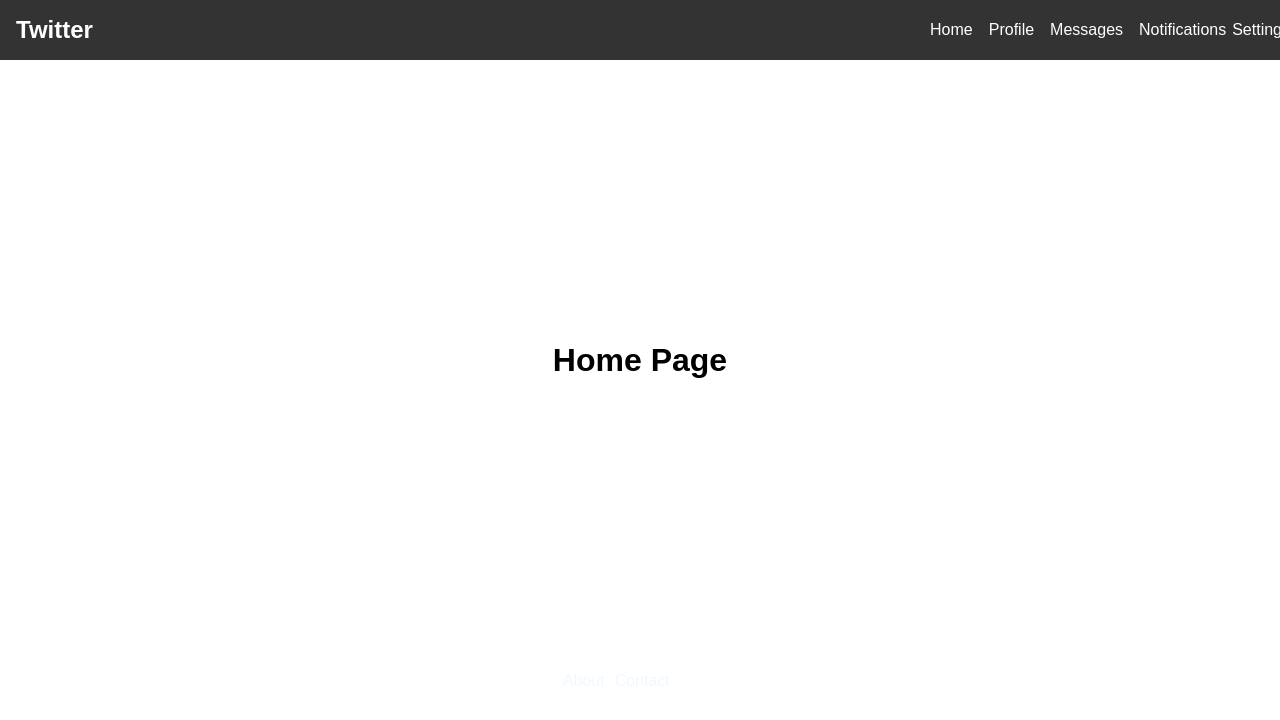
Repository: rakeshpuppala2590/Credit_karma
Page: / (app in client/)
These files come from the project's save history. The page is drawn as it stood at one moment and after the next save; the edit follows.
The browser window is 1280 px wide. The pictures show the whole page.
The project was rebuilt for these pictures with package versions that can differ from the ones it lists, and the page was loaded fresh each time. Also part of the build but not shown: client/src/components/Validations.jsx, client/src/components/Signin.jsx, client/src/NotFound.js.

Above is the page before, as saved 2024-06-18 19:20:39.

### client/src/index.js
import React from 'react';
import { createRoot } from 'react-dom/client';
import './index.css';
import App from './App';
import reportWebVitals from './reportWebVitals';

const root = createRoot(document.getElementById('root'));
root.render(
  <React.StrictMode>
    <App />
  </React.StrictMode>
);

// If you want to start measuring performance in your app, pass a function
// to log results (for example: reportWebVitals(console.log))
// or send to an analytics endpoint. Learn more: https://bit.ly/CRA-vitals
reportWebVitals();

### client/src/index.css
html,
body {
  height: 100%;
}

body {
  display: flex;
  justify-content: center; /* align horizontally to the center */
  align-items: center; /* align vertically to the center */
  margin: 0;
  padding: 0;
  font-family: -apple-system, BlinkMacSystemFont, 'Segoe UI', Roboto, Oxygen,
    Ubuntu, Cantarell, 'Open Sans', 'Helvetica Neue', sans-serif;
  -webkit-font-smoothing: antialiased;
  -moz-osx-font-smoothing: grayscale;
}

.bg-overlay {
  position: fixed;
  top: 0;
  left: 0;
  width: 100%;
  height: 100%;
  background-color: rgba(0, 0, 0, 0.5); /* semi-transparent black background */
  backdrop-filter: blur(5px); /* backdrop filter to create blur effect */
}

code {
  font-family: source-code-pro, Menlo, Monaco, Consolas, 'Courier New',
    monospace;
}

### client/src/App.js
import './App.css';
import Signin from './components/Signin';
import Home from './components/Home';
import { BrowserRouter as Router, Route, Routes } from 'react-router-dom';
import NotFound from './NotFound';


function App() {
  return (
    <Router>
      <div className="App">
        <div className="content">
          <Routes>
            <Route path="/Signin" element={<Signin />} />
            {/* <Route path="*" element={<NotFound />} /> */}
            <Route path="*" element={<Home />} />
          </Routes>
        </div>
      </div>
    </Router>
  );
}

export default App;

### client/src/App.css
/* Styles (login.css) */
.form-container {
  padding: 3rem; /* Increased padding */
  border-radius: 1rem; /* Increased border radius */
  box-shadow: 0 10px 15px -3px rgba(0, 0, 0, 0.1), 0 4px 6px -2px rgba(0, 0, 0, 0.05); /* Tailwind 'shadow-md' */
  max-width: 40rem; /* Increased max width */
  width: 100%;
}



.blur-background {
  filter: blur(5px); /* Blur effect */
  pointer-events: none; /* Disable interactions */
}

.flex-center {
  display: flex;
  justify-content: center;
  align-items: center;
  min-height: 100vh; /* Adjusted to ensure the height of the component is 100% of the viewport height */
}

.w-full {
  width: 100%;
}

.text-center {
  text-align: center;
}

.mb-8 {
  margin-bottom: 2rem;
}

.text-2xl {
  font-size: 2rem; /* Increased font size */
}

.font-semibold {
  font-weight: 600;
}

.bg-gray-100 {
  background-color: #f7fafc;
}

.border {
  border-width: 1px;
  border-color: #e2e8f0;
}

.border-gray-300 {
  border-color: #d1d5db;
}

.rounded-md {
  border-radius: 0.375rem;
}

.p-2 {
  padding: 0.5rem;
}

.focus\:outline-none:focus {
  outline: 2px solid transparent;
  outline-offset: 2px;
  box-shadow: 0 0 0 3px rgba(66, 153, 225, 0.5);
}

.focus\:ring {
  box-shadow: 0 0 #0000;
}

.focus\:ring-blue-400:focus {
  box-shadow: 0 0 0 3px rgba(66, 153, 225, 0.5);
}

.mb-4 {
  margin-bottom: 1rem;
}

.mt-4 {
  margin-top: 1rem;
}

.cursor-pointer {
  cursor: pointer;
}

.text-blue-500 {
  color: #3b82f6;
  font-size: 1.125rem; /* Increased font size */
}

.text-gray-500 {
  color: #718096;
  font-size: 1.125rem; /* Increased font size */
}

.w-1\/2 {
  width: 48%; /* Adjusted width to fit side by side with margin */
  padding: 1rem 1.5rem; /* Increased padding */
  font-size: 1.125rem; /* Increased font size */
}

.mr-2 {
  margin-right: 0.5rem;
}

.ml-2 {
  margin-left: 0.5rem;
}

.absolute {
  position: absolute;
}

.inset-y-0 {
  top: 0;
  bottom: 0;
}

.right-0 {
  right: 0;
}

.px-3 {
  padding-left: 0.75rem;
  padding-right: 0.75rem;
}

.py-1 {
  padding-top: 0.25rem;
  padding-bottom: 0.25rem;
}

.bg-blue-500 {
  background-color: #3b82f6;
}

.text-white {
  color: #fff;
}

.justify-between {
  justify-content: space-between;
}

.floating-label {
  position: relative;
  margin-top: 1rem;
  margin-bottom: 1rem;
}

.floating-input {
  border: 1px solid #d1d5db; /* Tailwind 'border-gray-300' */
  border-radius: 0.375rem; /* Tailwind 'rounded-md' */
  padding: 1.5rem 1rem 0.5rem 1rem; /* Adjusted padding */
  width: 100%;
   /* Changed background color to black */
  transition: border-color 0.3s, background-color 0.3s;
  font-size: 1.125rem; /* Increased font size */
  box-sizing: border-box; /* Ensures padding is included in the width */
}

.floating-label-text {
  position: absolute;
  top: 50%;
  left: 1rem;
  transform: translateY(-50%);
  pointer-events: none;
  transition: all 0.3s ease;
  color: #9ca3af; /* Tailwind 'text-gray-500' */
  font-size: 1.125rem; /* Increased font size */
}

.floating-input:focus + .floating-label-text,
.floating-input:not(:placeholder-shown) + .floating-label-text {
  top: 0.5rem;
  left: 1rem;
  font-size: 0.875rem; /* Adjusted font size */
  color: #3b82f6; /* Tailwind 'text-blue-400' */
}

.floating-input:focus {
  outline: none;
  border-color: #3b82f6; /* Tailwind 'ring-blue-400' */
}

.button-container {
  display: flex;
  justify-content: space-between;
  width: 100%;
}

.button-container > button {
  width: 48%; /* Ensures buttons are side by side with some space between */
}

.App {
  text-align: center;
}

.App-logo {
  height: 40vmin;
  pointer-events: none;
}

@media (prefers-reduced-motion: no-preference) {
  .App-logo {
    animation: App-logo-spin infinite 20s linear;
  }
}

.App-header {

  min-height: 100vh;
  display: flex;
  flex-direction: column;
  align-items: center;
  justify-content: center;
  font-size: calc(10px + 2vmin);
  color: white;
}


.App-link {
  color: #61dafb;
}

@keyframes App-logo-spin {
  from {
    transform: rotate(0deg);
  }
  to {
    transform: rotate(360deg);
  }
}

### client/src/components/Home.jsx
import React from "react";
import Nav from "./Nav";
import Footer from "./Footer";

const Home = () => {
  return (
    <>
      <Nav />
      <div className="home">
        <h1>Home Page</h1>
      </div>
      <Footer/>
    </>
  );
};

export default Home;

### client/src/Styles/Home.css
body {
    font-family: Arial, sans-serif;
    margin: 0;
    padding: 0;
}

.navbar {
    background-color: #333;
    color: white;
    padding: 1rem;
    position: fixed;
    width: 100%;
    top: 0;
    left: 0;
    z-index: 1000;
}

.navbar-container {
    display: flex;
    justify-content: space-between;
    align-items: center;
}

.navbar-brand {
    font-size: 1.5rem;
    font-weight: bold;
    color: white;
    text-decoration: none;
}

.navbar-links a {
    color: white;
    text-decoration: none;
    margin-left: 1rem;
}

.navbar-toggle {
    display: none;
    background: none;
    border: none;
    font-size: 1.5rem;
    color: white;
}

.dropdown {
    position: relative;
    display: inline-block;
}

.dropbtn {
    background: none;
    border: none;
    color: white;
    font-size: 1rem;
    cursor: pointer;
}

.dropdown-content {
    display: none;
    position: absolute;
    background-color: #f9f9f9;
    min-width: 160px;
    box-shadow: 0px 8px 16px 0px rgba(0,0,0,0.2);
    z-index: 1;
}

.dropdown-content a {
    color: black;
    padding: 12px 16px;
    text-decoration: none;
    display: block;
}

.dropdown-content a:hover {
    background-color: #f1f1f1;
}

.dropdown:hover .dropdown-content {
    display: block;
}

/* Responsive styles */
@media (max-width: 768px) {
    .navbar-links {
        display: none;
        flex-direction: column;
        width: 100%;
        background-color: #333;
        position: absolute;
        top: 60px;
        left: 0;
    }

    .navbar-links a {
        padding: 1rem;
        border-top: 1px solid #444;
    }

    .navbar-toggle {
        display: block;
    }

    .navbar-links.show {
        display: flex;
    }
}

### client/src/components/Nav.jsx
import React, { useState } from 'react';
import '../Styles/Home.css'

const Nav = () => {
    const [isOpen, setIsOpen] = useState(false);

    const handleToggle = () => {
        setIsOpen(!isOpen);
    };

    return (
        <nav className="navbar">
            <div className="navbar-container">
                <a href="#Home" className="navbar-brand">Twitter</a>
                <div className={`navbar-links ${isOpen ? 'show' : ''}`}>
                    <a href="#Home">Home</a>
                    <a href="#Profile">Profile</a>
                    <a href="#Messages">Messages</a>
                    <a href="#Notifications">Notifications</a>
                    <div className="dropdown">
                        <button className="dropbtn">Settings</button>
                        <div className="dropdown-content">
                            <a href="#Account">Account</a>
                            <a href="#Privary">Privacy</a>
                            <a href="#Logout">Logout</a>
                        </div>
                    </div>
                </div>
                <button className="navbar-toggle" onClick={handleToggle}>
                    ☰
                </button>
            </div>
        </nav>
    );
};

export default Nav;

### client/src/components/Footer.jsx
import React from 'react';
import { Link } from "react-router-dom";
import '../Styles/footer.css'

const Footer = () => {
    return (
        <div className="container">
            <div className="links">
                <Link href="" class="no-underline">About</Link>
                <Link href="" class="no-underline">Contact</Link>
            </div>
      </div>
  );
}

export default Footer;

### client/src/Styles/footer.css
.container {
    margin-top: 50px;
    padding: 30px 10px;
    display: flex;
    align-items: center;
    justify-content: space-between;

    position: fixed;
    bottom: 0;
    background-image: none !important;
  }
  .no-underline {
    text-decoration: none;
    color: aliceblue;
  }

  .links {
    flex: 1;
    display: flex;
    justify-content: flex-end;
    gap: 10px;
    width: 100%;
    justify-content: space-between;
    text-decoration: none;
  }

  .listTitle {
    font-weight: bold;
  }

  @media screen and (max-width: 1024px) {
    .links {
      gap: 50px;
    }
  }
  @media screen and (max-width: 768px) {
    .container {
      flex-direction: column;
      gap: 50px;
    }
  }
  @media screen and (max-width: 640px) {
    .links {
      font-size: 14px;
    }
  }

Loaded but not shown: client/public/index.html (common file); client/src/reportWebVitals.js (common file)

After the next save:
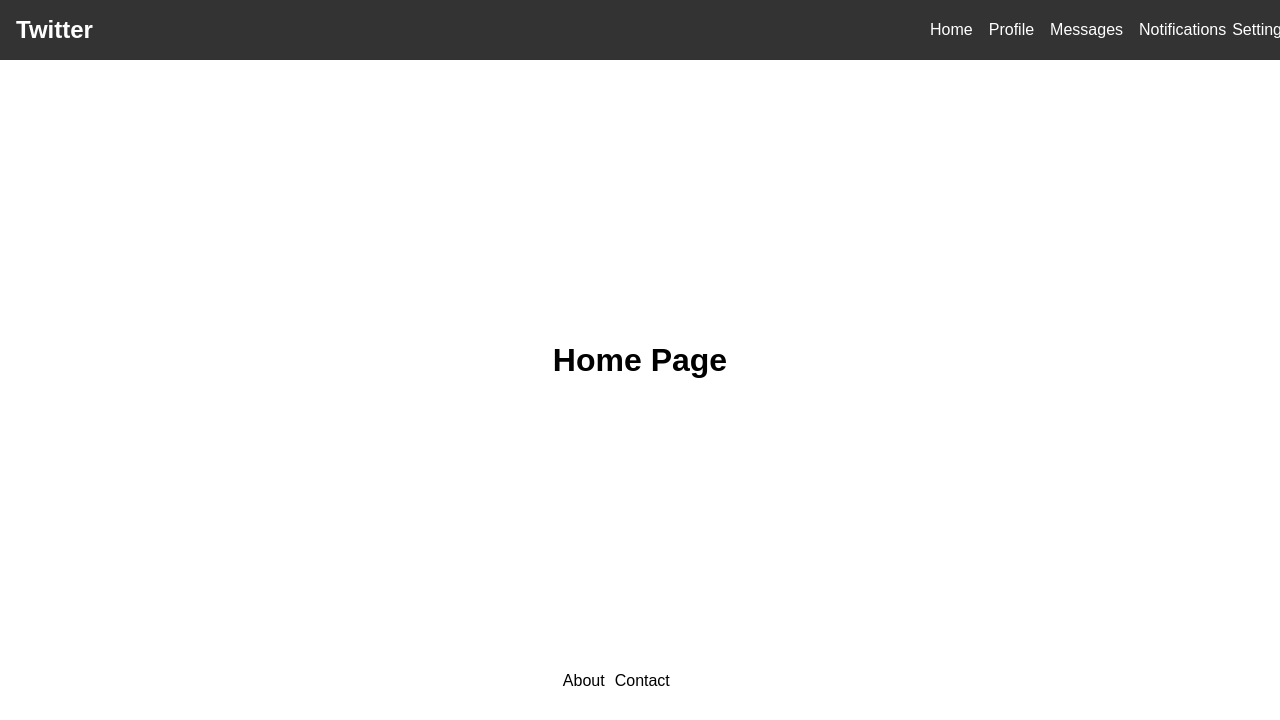
Saved 4 s later.
--- a/client/src/Styles/footer.css
+++ b/client/src/Styles/footer.css
@@ -11,7 +11,7 @@
   }
   .no-underline {
     text-decoration: none;
-    color: aliceblue;
+    color: black;
   }
 
   .links {
